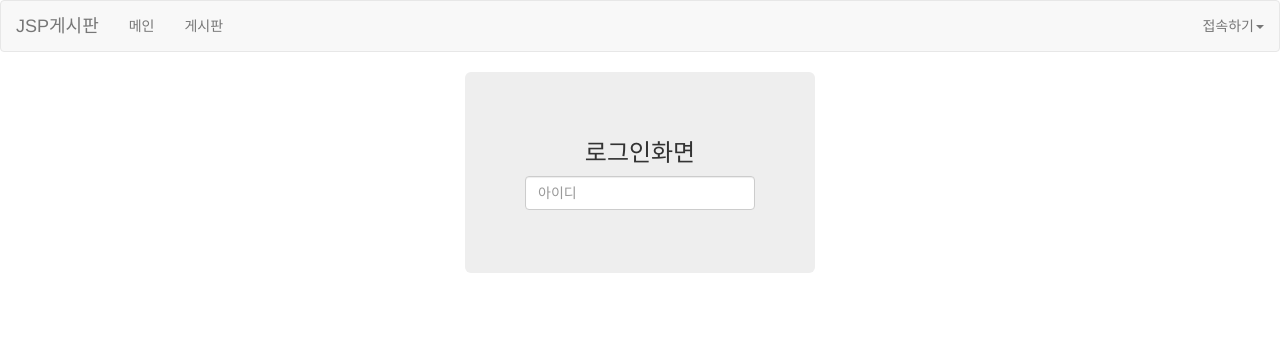
Repository: zoselakt/My_practice_JSP
Page: http://localhost/BBS/login.jsp
The author's editor kept a copy of each file at every save. The page is drawn from the files as they stood at one save, then again after the next save.
The browser window is 1280 px wide. The pictures show the whole page.
Some web libraries are served in a nearby version. The page is served by Tomcat 9.

Above is the page before, as saved 2022-03-01 14:44:18.

After the next save:
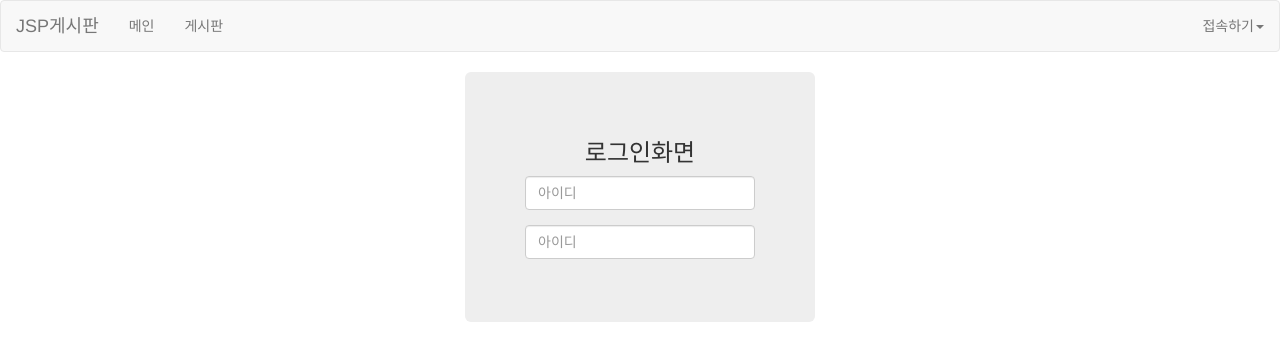
Saved 15 s later.
--- a/BBS/WebContent/login.jsp
+++ b/BBS/WebContent/login.jsp
@@ -50,6 +50,9 @@
 					<div class="form-group">
 						<input type="text" class="form-control" placeholder="아이디" name="userID" maxlength="20">
 					</div>
+					<div class="form-group">
+						<input type="password" class="form-control" placeholder="아이디" name="userID" maxlength="20">
+					</div>
 				</form>
 			</div>
 		</div>
